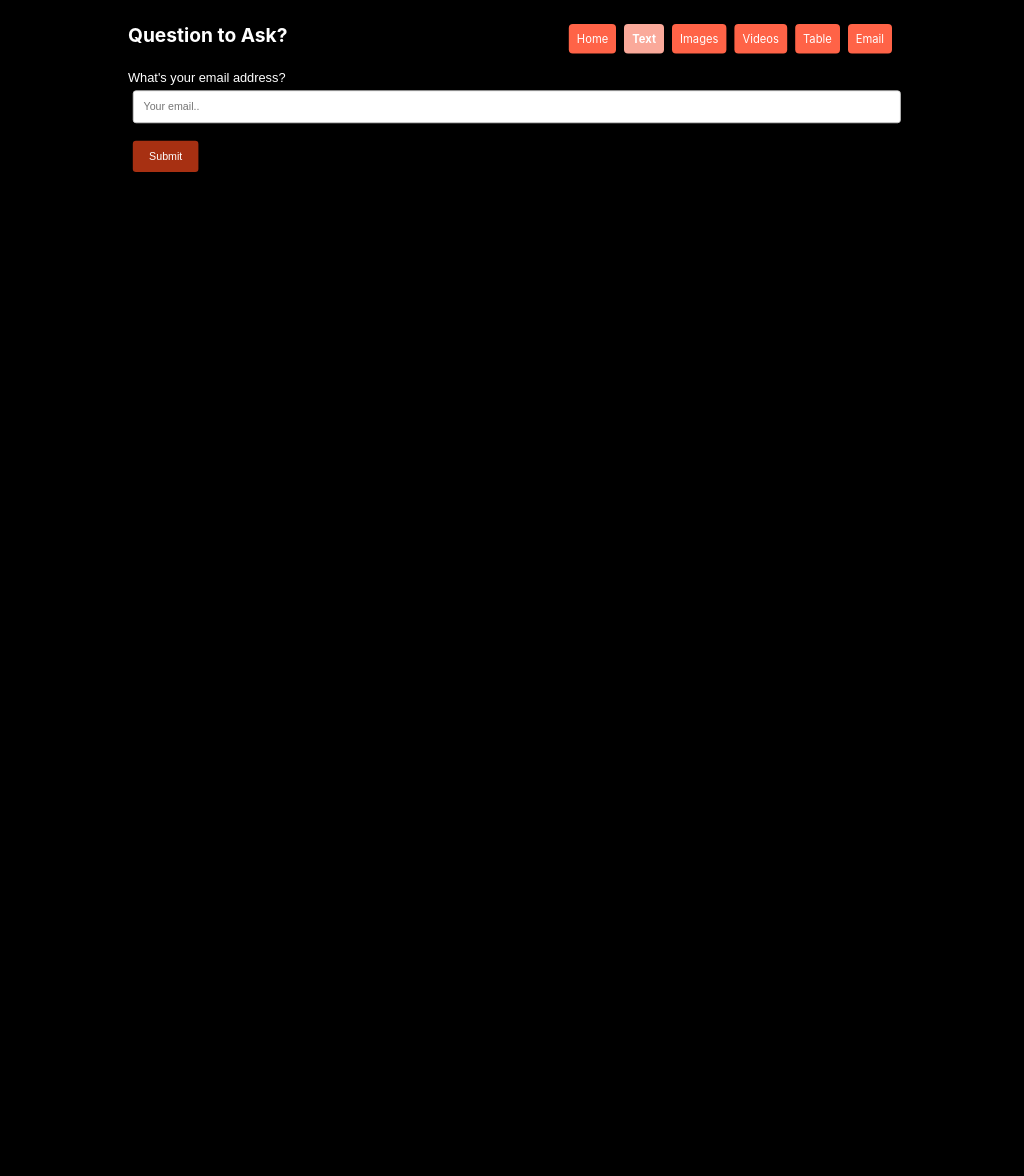
Repository: luhan68/personal_website
Page: email.html
An editor plug-in stored every save of this project. The page is shown before and after a run of saves, followed by the edit.
The browser window is 1280 px wide. The pictures show the whole page, at 80% of full size.

Above is the page before, as saved 2021-01-30 22:54:49.

After the next 2 saves:
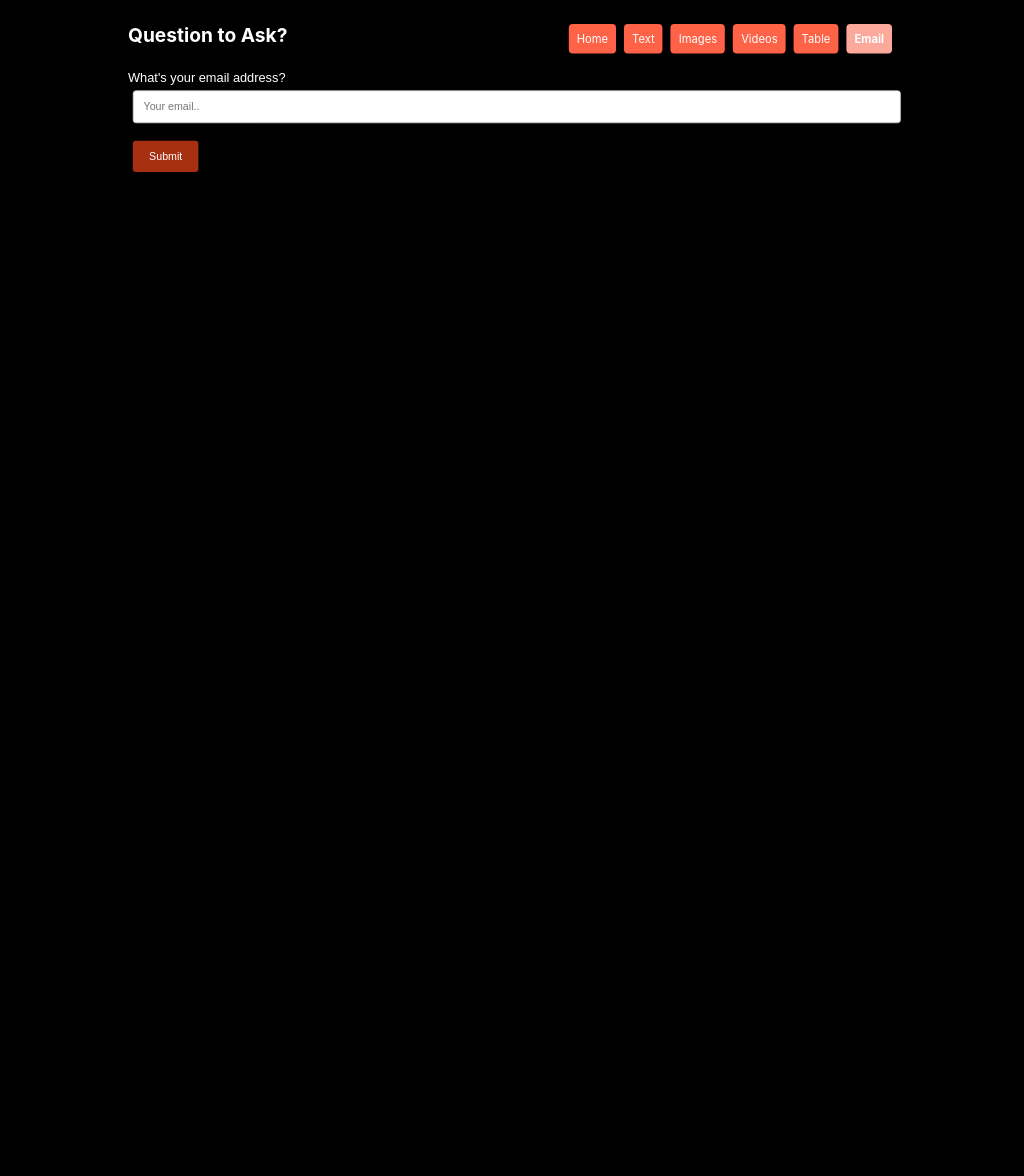
The 2 saves are shown as one change because they came seconds apart.
The last was saved 25 s later.
--- a/email.html
+++ b/email.html
@@ -4,11 +4,11 @@
         <div class="nav-bar">
             <ul>
                 <li><a href="index.html">Home</a></li>
-                <li class="active-page"><a href="text.html">Text</a></li>
+                <li><a href="text.html">Text</a></li>
                 <li><a href="image.html">Images</a></li>
                 <li><a href="video.html">Videos</a></li>
                 <li><a href="table.html">Table</a></li>
-                <li><a href="email.html">Email</a></li>
+                <li class="active-page"><a href="email.html">Email</a></li>
             </ul>
 
         </div>
